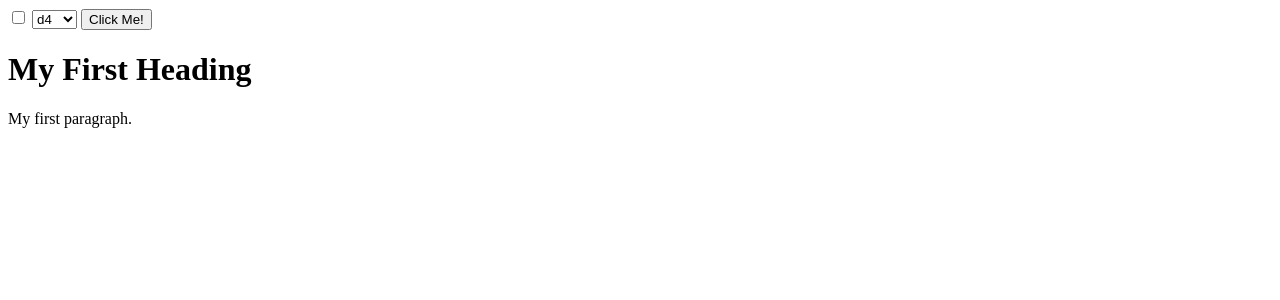
Repository: NikoKapferRupp/js-tutorial
Page: launch_excercises/for_fun/dungeon_dice.html
The author's editor kept a record of every edit. The page is drawn from the files as they stood at one moment, then again after the next edit.
The browser window is 1280 px wide. The pictures show the whole page.

Above is the page before.

### launch_excercises/for_fun/dungeon_dice.html
 <!DOCTYPE html>
<html>
<head>
<title>Dungeon Dice</title>
</head>
<body>
    <input type="checkbox">
    <select name="dice" id="dice">
        <option value="d4">d4</option>
        <option value="d6">d6</option>
        <option value="d8">d8</option>
        <option value="d10">d10</option>
        <option value="d20">d20</option>
        </select>
    <button type="button">Click Me!</button>
    <h1>My First Heading</h1>
    <p>My first paragraph.</p>

</body>
</html>

After the next edit:
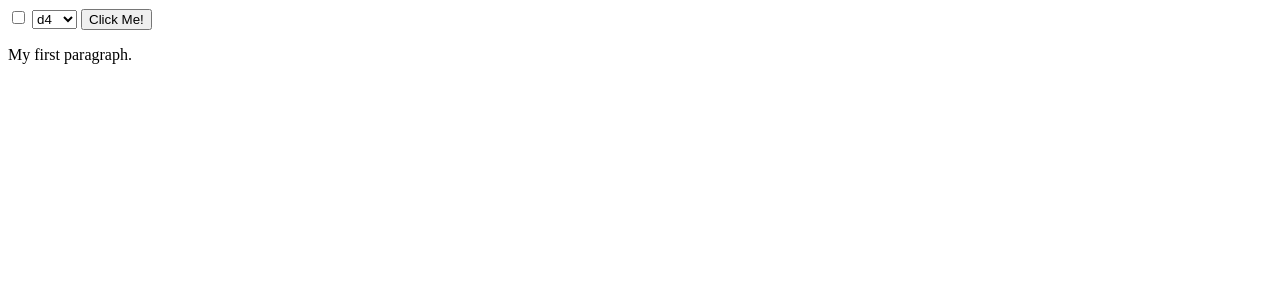
The edit:
--- a/launch_excercises/for_fun/dungeon_dice.html
+++ b/launch_excercises/for_fun/dungeon_dice.html
@@ -13,7 +13,7 @@
         <option value="d20">d20</option>
         </select>
     <button type="button">Click Me!</button>
-    <h1>My First Heading</h1>
+
     <p>My first paragraph.</p>
 
 </body>
